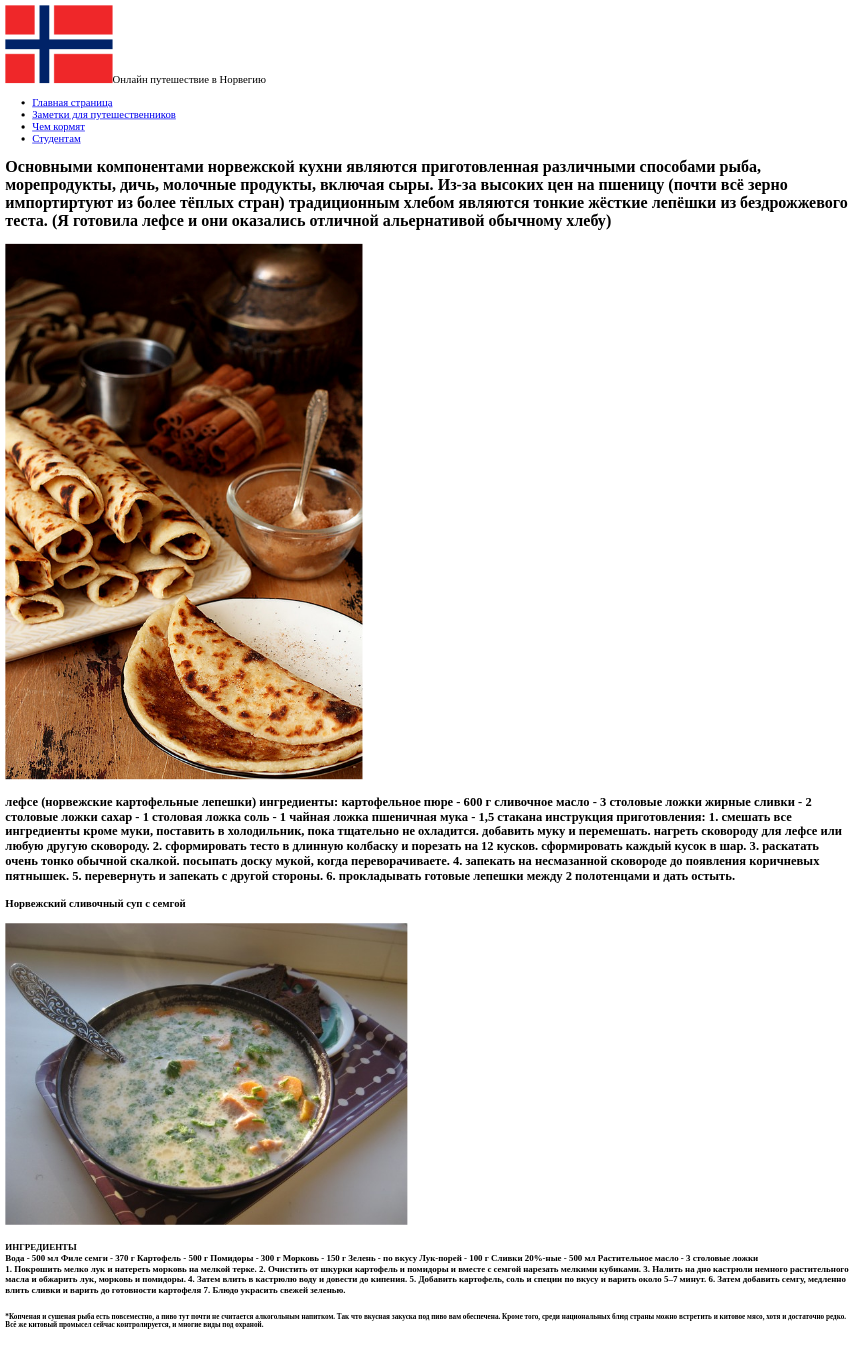
Repository: ryabinina-ekaterina/ryabinina-ekaterina.githab.io
Page: week11/week1.html
The author's editor kept a record of every edit. The page is drawn from the files as they stood at one moment, then again after the next edit.
The browser window is 1280 px wide. The pictures show the whole page, at 67% of full size.

Above is the page before.

### week11/week1.html
<!doctype html>
<html>
    <head>
        <meta charset="utf-8">
        <title>Культура Норвегии</title>
    </head>
    <body>
        <header>
        <img src="160px-Flag_of_Norway.svg.png"
        <h1>Онлайн путешествие в Норвегию</h1>
        </header>
        <div>
        <nav>
            <ul>
           <li><a href="index.html">Главная страница </a></li>
           <li><a href="week0.html">Заметки для путешественников </a></li>
           <li><a href="week1.html">Чем кормят</a></li>                                        </a></li>
           <li><a href="week2.html">Студентам</a></li>
            </ul>
        </nav>
        <main>
        <h2>Основными компонентами норвежской кухни являются приготовленная различными способами рыба, морепродукты, дичь, молочные продукты, включая сыры. Из-за высоких цен на пшеницу (почти всё зерно импортиртуют из более тёплых стран) традиционным хлебом являются тонкие жёсткие лепёшки из бездрожжевого теста. (Я готовила лефсе и они оказались отличной альернативой обычному хлебу)</h2>
        <img src= "47135768471_a8626ac183_c.jpg"
        </main>
        <div>
             <h3>лефсе (норвежские картофельные лепешки)

ингредиенты:

картофельное пюре - 600 г
сливочное масло - 3 столовые ложки
жирные сливки - 2 столовые ложки
сахар - 1 столовая ложка
соль - 1 чайная ложка
пшеничная мука - 1,5 стакана

инструкция приготовления:

1. смешать все ингредиенты кроме муки, поставить в холодильник, пока тщательно не охладится. добавить муку и перемешать. нагреть сковороду для лефсе или любую другую сковороду.
2. сформировать тесто в длинную колбаску и порезать на 12 кусков. сформировать каждый кусок в шар.
3. раскатать очень тонко обычной скалкой.
посыпать доску мукой, когда переворачиваете.
4. запекать на несмазанной сковороде до появления коричневых пятнышек.
5. перевернуть и запекать с другой стороны.
6. прокладывать готовые лепешки между 2 полотенцами и дать остыть.</h3>
        </main>
        </div>
        <h4>Норвежский сливочный суп с семгой</h4>
        </main>
        </div>
        <img src= "33527_600.jpg"
        </main>
        <div>
            <h5> ИНГРЕДИЕНТЫ
            </main>
        <div>

Вода - 500 мл
Филе семги - 370 г
Картофель - 500 г
Помидоры - 300 г
Морковь - 150 г
Зелень - по вкусу
Лук-порей - 100 г
Сливки 20%-ные - 500 мл
Растительное масло - 3 столовые ложки
       </main>
        <div>

1. Покрошить мелко лук и натереть морковь на мелкой терке.

2. Очистить от шкурки картофель и помидоры и вместе с семгой нарезать мелкими кубиками.

3. Налить на дно кастрюли немного растительного масла и обжарить лук, морковь и помидоры.

4. Затем влить в кастрюлю воду и довести до кипения.

5. Добавить картофель, соль и специи по вкусу и варить около 5–7 минут.

6. Затем добавить семгу, медленно влить сливки и варить до готовности картофеля

7. Блюдо украсить свежей зеленью.</h5>
        </main>
        </div>
            <h6>*Копченая и сушеная рыба есть повсеместно, а пиво тут почти не считается алкогольным напитком. Так что вкусная закуска под пиво вам обеспечена. Кроме того, среди национальных блюд страны можно встретить и китовое мясо, хотя и достаточно редко. Всё же китовый промысел сейчас контролируется, и многие виды под охраной.</h6>
        </body>
</html>

After the next edit:
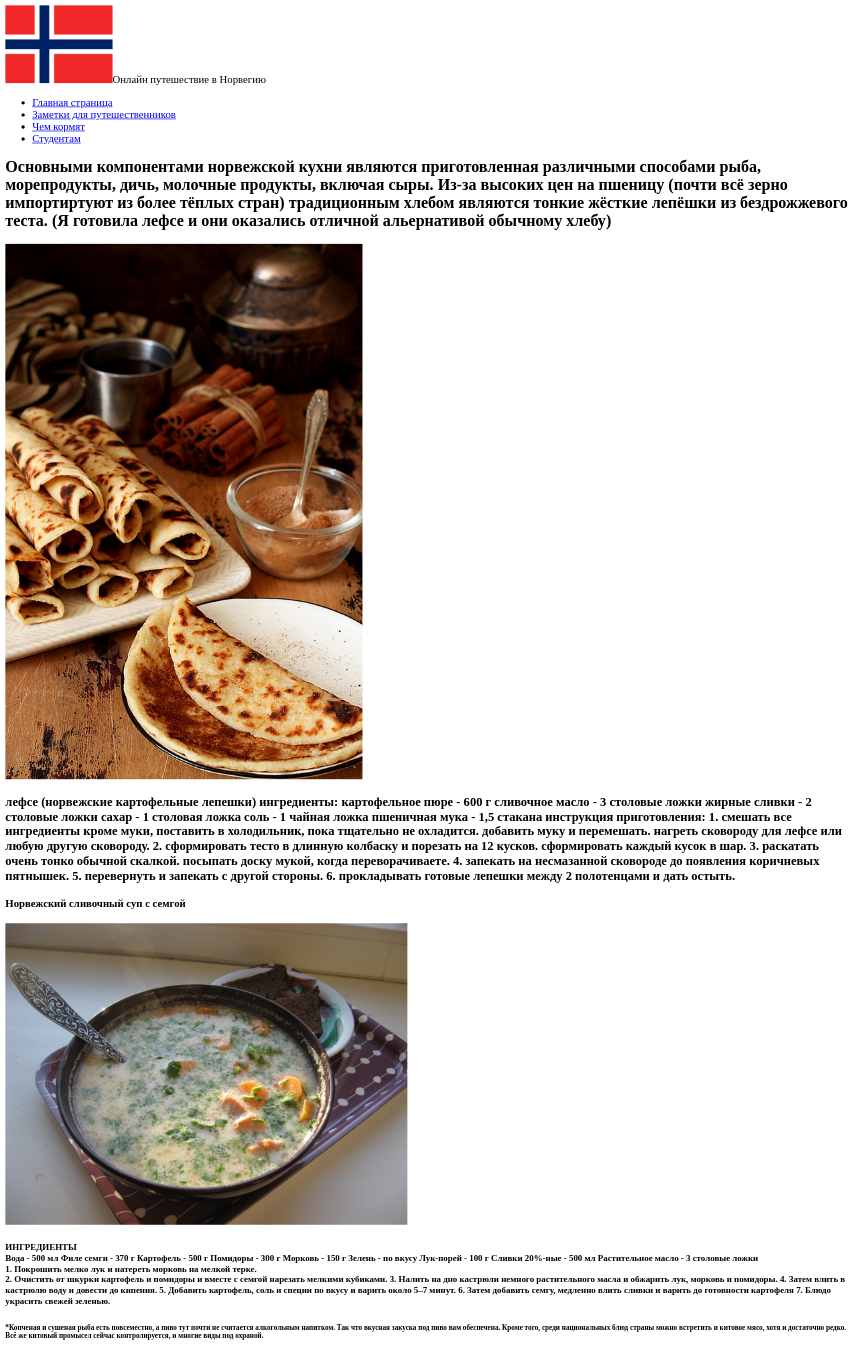
The edit:
--- a/week11/week1.html
+++ b/week11/week1.html
@@ -68,7 +68,8 @@
         <div>
 
 1. Покрошить мелко лук и натереть морковь на мелкой терке.
-
+ </main>
+        <div>
 2. Очистить от шкурки картофель и помидоры и вместе с семгой нарезать мелкими кубиками.
 
 3. Налить на дно кастрюли немного растительного масла и обжарить лук, морковь и помидоры.
